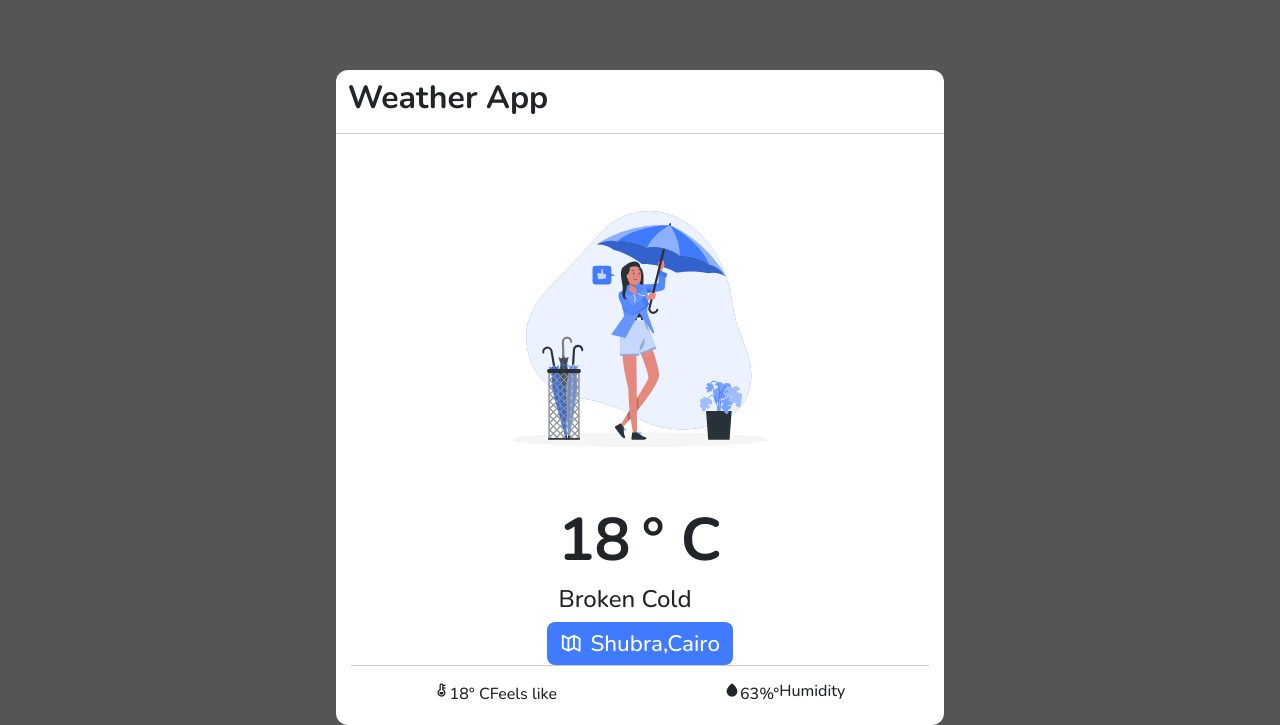
Repository: youssef168/Weather-App
Page: index.htm
An editor plug-in stored every save of this project. The page is shown before and after the next save, followed by the edit.
The browser window is 1280 px wide. The pictures show the whole page.

Above is the page before, as saved 2021-12-28 20:46:55.

After the next save:
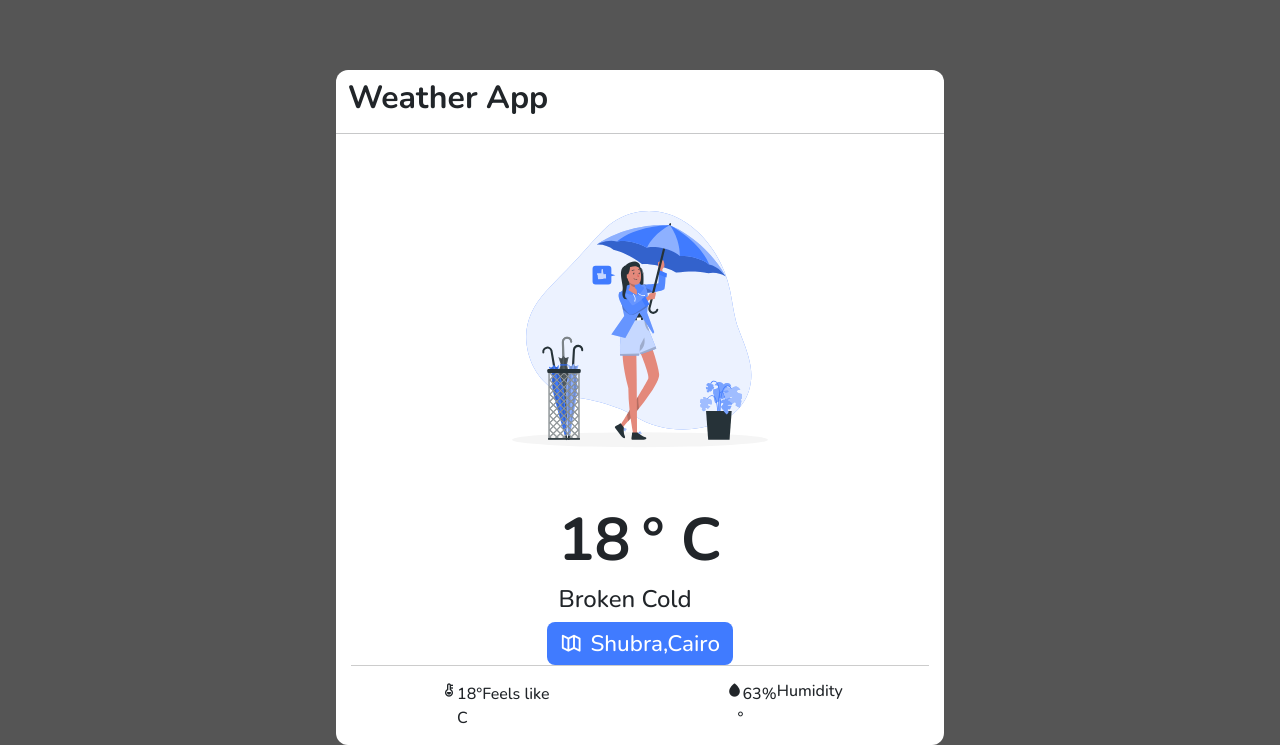
Saved 22 s later.
--- a/style.css
+++ b/style.css
@@ -85,3 +85,8 @@ h2 {
     justify-content: center;
     padding: 16px 0 0;
 }
+
+.innerFeild {
+    display: flex;
+    flex-direction: column;
+}
